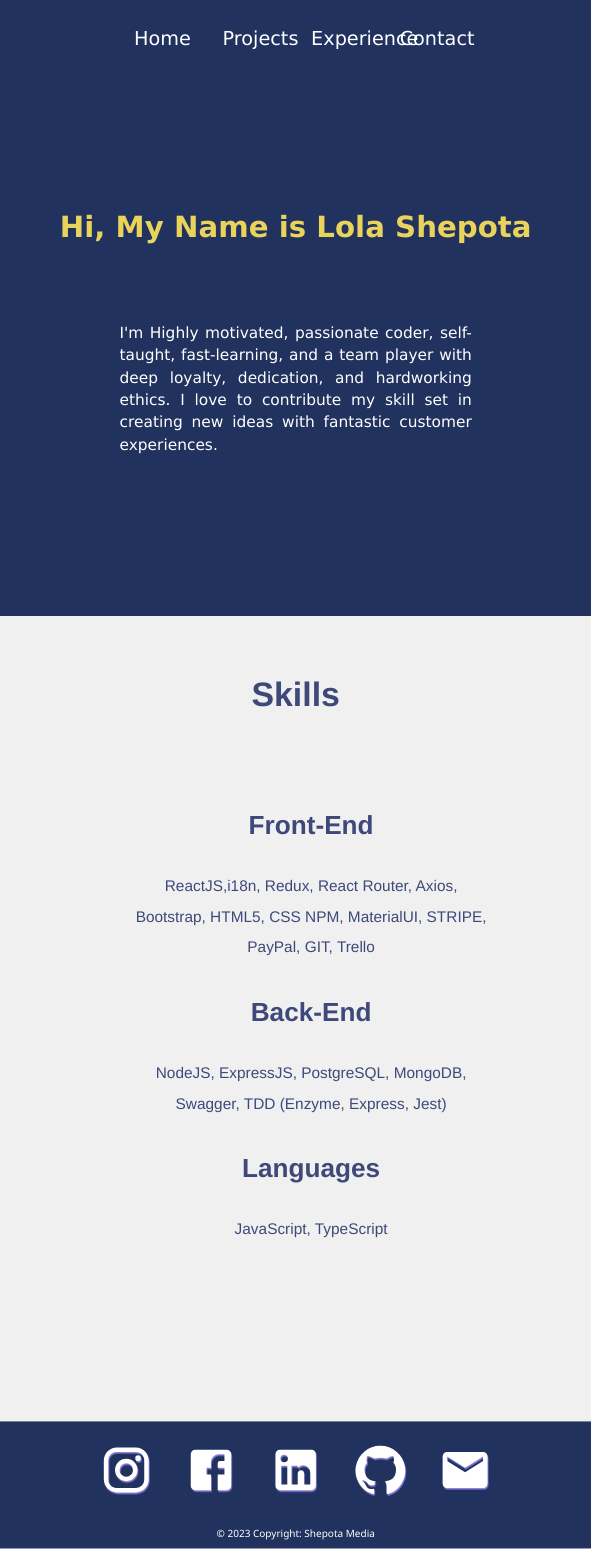
Repository: LolaSL/react-portfolio
Page: /
These files come from the project's save history. The page is drawn as it stood at one moment and after the next save; the edit follows.
The browser window is 768 px wide. The pictures show the whole page, at 77% of full size.
The project was rebuilt for these pictures with package versions that can differ from the ones it lists, and the page was loaded fresh each time. Also part of the build but not shown: src/components/ProjectItem/ProjectItem.jsx, src/helpers/ProjectList.js, src/pages/Projects/Style.css, src/pages/Projects/Projects.jsx, src/pages/Experience/Style.css, src/pages/Experience/Experience.jsx, src/pages/ProjectDetail/ProjectDetail.jsx, src/pages/Contact/Style.css and 1 more.

Above is the page before, as saved 2023-07-01 19:44:19.

After the next save:
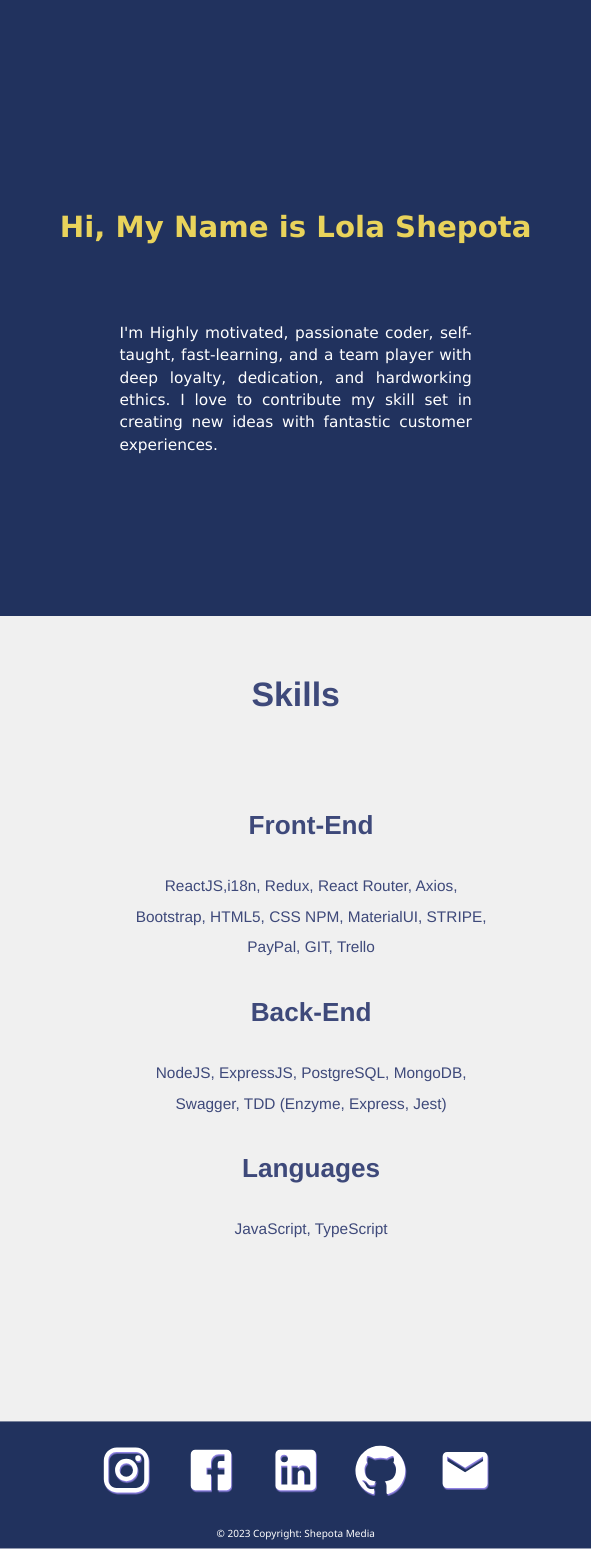
Saved 35 s later.
--- a/src/components/Navbar/Style.css
+++ b/src/components/Navbar/Style.css
@@ -65,6 +65,12 @@
     .navbar a {
       width: 75px;
     }
+    .toggleButton {
+      display: flex;
+    }
+    #close a {
+      display: none;
+    }
   }
 
   @media only screen and (max-width: 600px) {

After the save that followed:
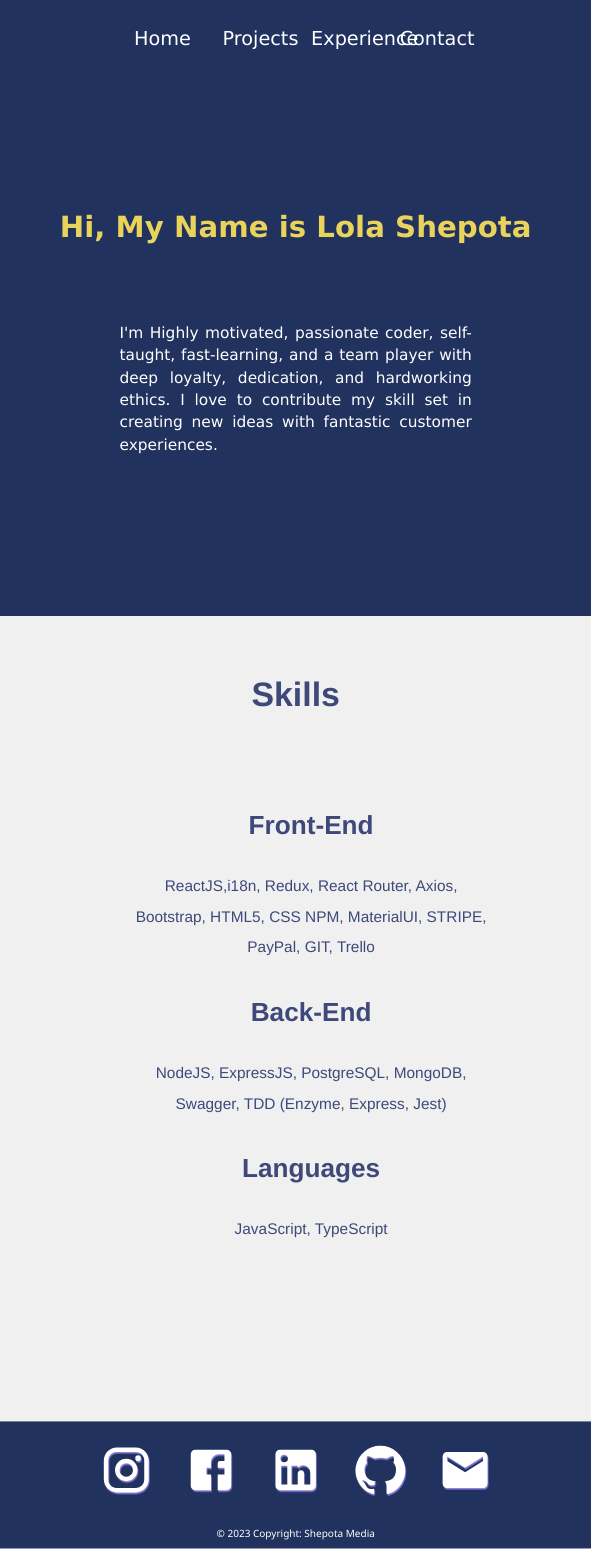
Saved 33 s later.
--- a/src/components/Navbar/Style.css
+++ b/src/components/Navbar/Style.css
@@ -65,12 +65,7 @@
     .navbar a {
       width: 75px;
     }
-    .toggleButton {
-      display: flex;
-    }
-    #close a {
-      display: none;
-    }
+
   }
 
   @media only screen and (max-width: 600px) {
